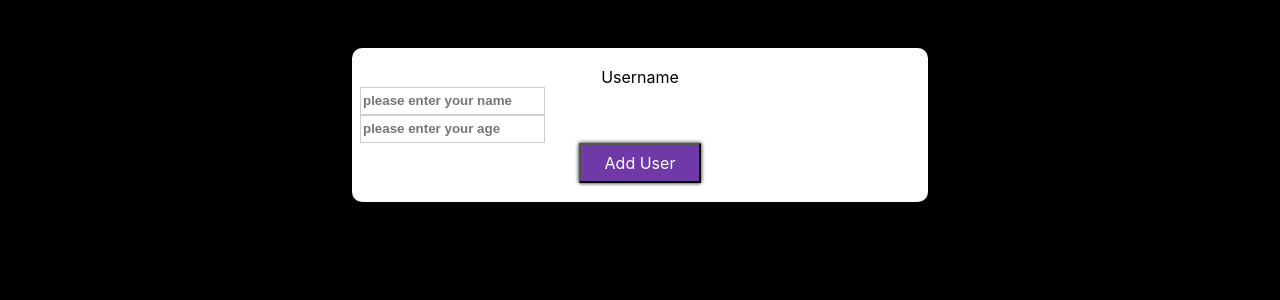
Repository: NamalPathirana/section-eight
Page: /
These files come from the project's save history. The page is drawn as it stood at one moment and after a run of saves; the edit follows.
The browser window is 1280 px wide. The pictures show the whole page.
The project was rebuilt for these pictures with package versions that can differ from the ones it lists, and the page was loaded fresh each time.

Above is the page before, as saved 2021-11-26 02:47:07.

### src/index.css
body {
  margin: 0;
  padding: 0%;
  height: 100%;
  width: 100%;
  display: flex;
  flex-direction: column;
  background-color: black;
  font-family: -apple-system, BlinkMacSystemFont, 'Segoe UI', 'Roboto', 'Oxygen',
    'Ubuntu', 'Cantarell', 'Fira Sans', 'Droid Sans', 'Helvetica Neue',
    sans-serif;
  -webkit-font-smoothing: antialiased;
  -moz-osx-font-smoothing: grayscale;
}

code {
  font-family: source-code-pro, Menlo, Monaco, Consolas, 'Courier New',
    monospace;
}

### src/App.js
import logo from './logo.svg';
import './App.css';
import UserInput from './Components/UserInput/UserInput';

function App() {
  return (
    <div className="App">
      <section>
      <UserInput></UserInput>
      </section>

    </div>
  );
}

export default App;

### src/Components/UserInput/UserInput.js
import Button from '../../UI/Button/Button';
import styles from './UserInput.module.css'

const UserInput = () => {
    return (
        <form>
        <div className={styles.frame}>
            <label>Username</label>
            <input placeholder='please enter your name'/>
            <input placeholder='please enter your age'/>
            <Button name='Add User'></Button>
        </div>
        </form>
    );
};

export default UserInput;

### src/UI/Button/Button.js
import styles from "./Button.module.css";

const Button = (props) => {
  return <button className={styles.button}>{props.name}</button>;
};

export default Button;

### src/Components/UserInput/UserInput.module.css
.frame{
    margin: 0.5rem 0.5rem;
    padding: 1.2rem 0.5rem;
    width: 35rem;
    max-width: 90%;
    margin: 3rem auto;
    background-color: white;
    border-radius: 10px;
}

.frame input{
    display: block;
    font-weight: bold;
    border: 1px solid #ccc;
    line-height: 1.5rem;
    padding: 100 0.25rm;
}

### src/UI/Button/Button.module.css
.button{
    font: inherit;
    padding: 0.5rem 1.5rem;
    background-color: rgb(112, 57, 168);
    color:white;
    box-shadow: 0 0 4px black;
    cursor: pointer;
    width: auto;
}

.button:focus{
    outline: none;
}

.button:hover,.button:active{
    background-color: rgb(185, 140, 231);
    border-color: rgb(185, 140, 231);
    box-shadow: 0 0 8px black;
}

Loaded but not shown: public/index.html (common file); src/index.js (common file); src/reportWebVitals.js (common file); src/App.css (common file)

After the next 2 saves:
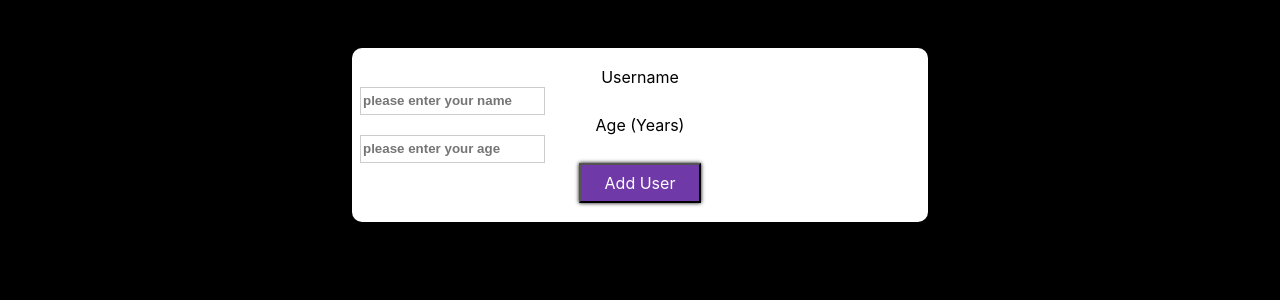
The 2 saves are shown as one change because they came seconds apart.
The last was saved 19 s later.
--- a/src/Components/UserInput/UserInput.js
+++ b/src/Components/UserInput/UserInput.js
@@ -7,6 +7,7 @@ const UserInput = () => {
         <div className={styles.frame}>
             <label>Username</label>
             <input placeholder='please enter your name'/>
+            <label>Age (Years)</label>
             <input placeholder='please enter your age'/>
             <Button name='Add User'></Button>
         </div>
